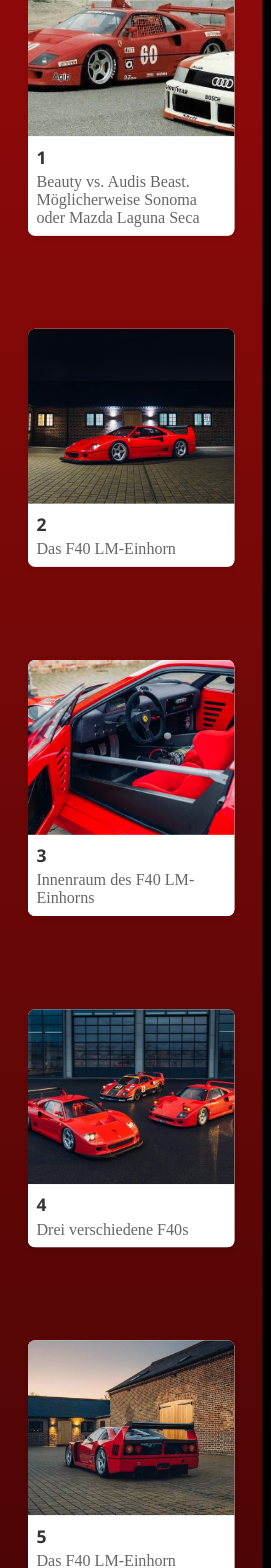
Repository: Johannes-Harald/martini-racing-fanclub
Page: /
These files come from the project's save history. The page is drawn as it stood at one moment and after a run of saves; the edit follows.
The browser window is 375 px wide. The page is 387 px wide, so the pictures cover 387 px, including what lies to the right of the window. The pictures show the part of the page from y = 2554 to 4794 px (the page is 18598 px tall before and 18183 px after), at 70% of full size.
Some web fonts or font styles are not loaded; a fallback is used. The project was rebuilt for these pictures with package versions that can differ from the ones it lists, and the page was loaded fresh each time. Also part of the build but not shown: vite.config.js, src/components/Lightbox/Lightbox.css, src/components/Lightbox/Lightbox.jsx, src/components/TitleCards/TitleCards.jsx, src/pages/Videos/Videos.css, src/pages/Videos/Videos.jsx.

Above is the page before, as saved 2024-10-13 10:02:43.

### index.html
<!doctype html>
<html lang="en">
  <head>
    <meta charset="UTF-8" />
    <link rel="icon" type="image/svg+xml" href="/src/assets/logo-martinid.png" style="filter: brightness(3.5); height: 2px; width: 1px;"/>
    <meta name="viewport" content="width=device-width, initial-scale=1.0" />
    <title>Martini Racing Fanclub</title>
  </head>
  <body>
    <div id="root"></div>
    <script type="module" src="/src/main.jsx"></script>
  </body>
</html>
<!--
<!doctype html>
<html lang="en">
  <head>
    <meta charset="UTF-8" />
    <link rel="icon" type="image/svg+xml" href="/src/assets/logo-martinid.png" style="filter: brightness(3.5); height: 2px; width: 1px;"/>
    <meta name="viewport" content="width=device-width, initial-scale=1.0" />
    <title>Martini Racing Fanclub</title>
  </head>
  <body>
    <div id="root"></div>
    <script type="module" src="/src/main.jsx"></script>
  </body>
</html>
-->

### src/App.jsx
import React from 'react';
import { BrowserRouter as Router, Route, Routes } from 'react-router-dom';
import Home from './pages/Home/Home';
import Videos from './pages/Videos/Videos';

function App() {
  //const navigate = useNavigate();
  //const location = useLocation();



  {/*const scrollToTitleCards = () => {
    // Assuming you have a reference to your TitleCards section
    const titleCardsSection = document.getElementById('rallyeautos'); // Adjust this ID as needed
    if (titleCardsSection) {
      titleCardsSection.scrollIntoView({ behavior: 'smooth' });
    }
  };

  const scrollToTitleCards = () => {
    if (location.pathname === '/') {
      rallyefahrzeugeRef.current.scrollIntoView({ behavior: 'smooth' });
    } else {
      // If you're on another page, navigate to the home page first
      navigate('/');
      // After navigating, wait for the page to load and then scroll to rallyefahrzeugeRef
      setTimeout(() => {
        rallyefahrzeugeRef.current.scrollIntoView({ behavior: 'smooth' });
      }, 500); // Use a timeout to ensure the page is fully rendered before scrolling
    }
  };
  <Route path="/Home" element={<Navbar scrollToTop={scrollToTop} scrollToTitleCards={scrollToTitleCards}/>} />
  */}

  return (
    <Router>
      <div className="App">
        <Routes>
          <Route path="/" element={<Home />} />
          <Route path="/videos" element={<Videos />} />
        </Routes>
      </div>
    </Router>
  );
}

export default App;

### src/index.css
* {
  margin: 0;
  padding: 0;
  box-sizing: border-box;
}

body {
  background: black;
  font-family: 'Segoe UI', Tahoma, Geneva, Verdana, sans-serif;
}

### src/pages/Home/Home.css
.hero {
    position: relative;
}

.component {
    transition: opacity 0.5s ease, transform 0.5s ease;
    opacity: 0;
    transform: translateY(20px);
    pointer-events: none; /* Disable interaction when hidden */
  }

  .component.active {
    opacity: 1;
    transform: translateY(0);
    pointer-events: all; /* Enable interaction when visible */
  }

.img-cover {
    background-image: linear-gradient(180deg, rgba (0,0,0,0.7) 10%, transparent);
    z-index: 1;
    transition: background-color 0.3s, color 0.3s;
  }

.banner-width {
    width: 100%;
    mask-image: linear-gradient(to right, transparent, black 75%);
    -weblit-mask-image: linear-gradient(to right, transparent, black 75%);
}

.banner-img {
    width: 100%;
    display: flex;
    filter: brightness(1.2);
}

.hero-caption {
    position: absolute;
    width: 100%;
    padding-left: 6%;
    bottom: 0;
}

.caption-img {
    width: 100%;
    height: 370px;
    max-width: 510px;
    margin-bottom: 60px;
    filter: brightness(1.3);
}

.hero-caption p{
    max-width: 700px;
    font-size: 17px;
    margin-bottom: 20px;
}

.hero-btns {
    display: flex;
    gap: 10px;
    margin-bottom: 50px;
}

.hero-btns .btn img{
    width: 25px;
}

.hero-btns .btn {
    border: 0;
    outline: 0;
    padding: 8px 20px;
    display: inline-flex;
    align-items: center;
    gap: 10px;
    font-size: 15px;
    font-weight: 600;
    background: white;
    border-radius: 4px;
    cursor: pointer;
}

.hero-btns .btn.dark-btn{
    color: #fff;
    background: #6d6d6eb3;
}

.hero-btns .btn:hover{
    background: #ffffffbf;
}

.hero-btns .btn.dark-btn:hover{
    background: #6d6d6e66 ;
}


@media (max-width: 1024px) {
  .hero-caption .title-cards {
      display: none;
  }
  .hero-btns {
      margin-bottom: 30px;
  }
  .hero-caption p {
      font-size: 15px;
      max-width: 600px;
  }
}

/* Large mobile screens */
@media (max-width: 800px) {
  .hero-caption {
      padding-left: 4%;
  }
  .caption-img {
      margin-bottom: 10px;
      width: 40%;
  }
  .hero-caption p {
      font-size: 12px;
      margin-bottom: 10px;
  }
  .hero-btns .btn img {
      width: 20px;
  }
  .hero-btns .btn {
      padding: 6px 15px;
      font-size: 13px;
  }
}

/* Small mobile screens */
@media (max-width: 500px) {
  .banner-img {
    padding-top: 191px;
    width: 150%;
    filter: brightness(1.2);
    max-width: 100%;
    overflow: hidden;
    /*     text-align: left; */
  }

  .home .img-cover {
    background-size: cover; /* Ensure the image covers the entire area */
    background-position: center;
  }
  .caption-img {
    margin-bottom: 360px;
    height: 110px;
    width: 170px;
  }
  .hero-caption p {
      font-size: 11px;
  }
  .hero-btns img {
      width: 15px;
  }
  .hero-btns .btn {
      padding: 4px 10px;
      gap: 5px;
      font-size: 10px;
  }
  .component {
      margin-top: 15px;
  }
  .banner-img {
      height: auto;
  }
}

### src/components/Navbar/Navbar.jsx
import React, { useEffect, useRef, useState } from 'react';
import { Link, useNavigate, useLocation } from 'react-router-dom';
import './Navbar.css';
import logo from '../../assets/logo.png';
import search_icon from '../../assets/search_icon.svg';
import profile_icon from '../../assets/profile_img.webp';
import caret_icon from '../../assets/caret_icon.svg';
import lightModeSearch from '../../assets/search_icon_dark.png';

const Navbar = ({ scrollToRallyefahrzeuge, rallyefahrzeugeRef, scrollTo }) => {
  const navigate = useNavigate();
  const location = useLocation();
  const navRef = useRef(null);
  const [navigateToRallye, setNavigateToRallye] = useState(false);
  const [darkMode, setDarkMode] = useState(() => {
    return localStorage.getItem('darkMode') === 'true';
  });

/*  const handleScrollToRallyefahrzeuge = () => {
    if (location.pathname !== "/") {
      setNavigateToRallye(true); // Set flag to indicate we want to scroll after navigation
      navigate("/"); // Navigate to home
    }
  };

/*  useEffect(() => {
    if (navigateToRallye && location.pathname === "/") {
      setTimeout(() => {
        if (rallyefahrzeugeRef.current) {
          console.log("Ref found, scrolling...");
          rallyefahrzeugeRef.current.scrollIntoView({ behavior: 'smooth' });
        } else {
          console.log("Ref not found");
        }
      }, 100); // Add delay to allow for navigation to complete
      setNavigateToRallye(false); // Reset flag
    }
  }, [navigateToRallye, location.pathname, rallyefahrzeugeRef]);*/

  const toggleDarkMode = () => {
    setDarkMode(prev => {
      const newDarkMode = !prev;
      document.body.classList.toggle('dark-mode', newDarkMode);
      localStorage.setItem('darkMode', newDarkMode);
      return newDarkMode;
    });
  };

  return (
    <div ref={navRef} className={`navbar ${darkMode ? 'dark-mode' : 'light-mode'}`}>
      <div className="navbar-left">
        <img src={logo} alt="Logo" className='logo-img' />
        <ul>
          <li onClick={scrollTo}><Link to="/" className="link-style">Startseite</Link></li>
          <li><Link to="/videos" className="link-style">Videos</Link></li>
          <li onClick={scrollToRallyefahrzeuge}><Link to="/" className="link-style">Fahrzeuge</Link></li>
        </ul>
      </div>

      <div className="navbar-right">
        <p>Nutzer</p>

        {/* Dark Mode Toggle Button */}
        <button onClick={toggleDarkMode} className='dark-mode-btn'>
          {darkMode ? 'Hell' : 'Dunkel'}
        </button>

        <div className='navbar-profile'>
          <img src={profile_icon} alt="Profile" className='profile' />
          <img src={caret_icon} alt="Caret" />
          <div className='dropdown'>
            <p>Abmelden</p>
          </div>
        </div>
      </div>
    </div>
  );
};

export default Navbar;

### src/components/TitleCards/Rallyefahrzeuge.jsx
import React, { useState } from 'react';
import './Rallyefahrzeuge.css';
import img3 from '../../assets/cards/img3.jpg';
import img4 from '../../assets/cards/img4.jpg';
import img5 from '../../assets/cards/img5.webp';
import img6 from '../../assets/cards/img6.jpg';
import Lightbox from '../Lightbox/Lightbox';

const Rallyefahrzeuge = React.forwardRef((props, ref) => {
  const [lightboxOpen, setLightboxOpen] = useState(false); // State to control lightbox visibility
  const [selectedImageIndex, setSelectedImageIndex] = useState(0); // Track the selected image

  const cardData = [
    { image: img3, title: '1', description: 'Kimera 037' },
    { image: img4, title: '2', description: 'Kimera 037' },
    { image: img5, title: '3', description: 'Kimera 037' },
    { image: img6, title: '4', description: 'Innenraum des Kimera 037' }
  ];

  const handleImageClick = (index) => {
    setSelectedImageIndex(index); // Set the index of the clicked image
    setLightboxOpen(true); // Open the lightbox LOOK HERE INCASE! >>>> ref={rallyefahrzeugeRef}
  };

  return (
    <div className="rallyefahrzeuge">
      <div className="rallyeautos">
        <h2>Rallyefahrzeuge</h2>
      </div>
      <div className="rallye-card-list">
        {cardData.map((card, index) => (
          <div key={index} className="rallye-title-cards" onClick={() => handleImageClick(index)}>
            <img src={card.image} alt={card.title} className="rallye-title-cards-img" />
            <div className="rallye-title-cards-info">
              <h3>{card.title}</h3>
              <p>{card.description}</p>
            </div>
          </div>
        ))}
      </div>

      {/* Conditionally render the Lightbox when open */}
      {lightboxOpen && (
        <Lightbox
          images={cardData.map((card) => ({ src: card.image, alt: card.title }))} // Pass the images to the Lightbox
          initialIndex={selectedImageIndex} // Start with the clicked image
          onClose={() => setLightboxOpen(false)} // Close the lightbox
        />
      )}
    </div>
  );
});

export default Rallyefahrzeuge;

### src/components/TitleCards/PrototypRennwagen.jsx
import React, { useState } from 'react';
import './Rallyefahrzeuge.css';
import img1 from '../../assets/cards/img1.png';
import img7 from '../../assets/cards/img7.jpg';
import img8 from '../../assets/cards/img8.jpg';
import img9 from '../../assets/cards/img9.jpg';
import lcmonza from '../../assets/cards/lcmonza.jpg';
import lcparmalat from '../../assets/cards/lcparmalat.jpg';
import Lightbox from '../Lightbox/Lightbox'; // Import the Lightbox component

const PrototypRennwagen = React.forwardRef((props, ref) => {
  const [lightboxOpen, setLightboxOpen] = useState(false); // State to control lightbox visibility
  const [selectedImageIndex, setSelectedImageIndex] = useState(0); // Track the selected image

  const cardData = [
    { image: img1, title: '1', description: 'LC1 auf der Nordschleife' },
    { image: img7, title: '2', description: 'LC1 auf der Nordschleife' },
    { image: img8, title: '3', description: 'LC1 bei Le Mans' },
    { image: img9, title: '4', description: 'LC1' },
    { image: lcmonza, title: '5', description: 'LC1 bei Le Mans' },
    { image: lcparmalat, title: '6', description: 'LC1' }
  ];

  const handleImageClick = (index) => {
    setSelectedImageIndex(index); // Set the index of the clicked image
    setLightboxOpen(true); // Open the lightbox
  };

  return (
    <div className="rallyefahrzeuge" ref={ref}>
      <div className="rallyeautos">
        <h2>Prototyp-Rennwagen</h2>
      </div>
        <div className="rallye-card-list" >
      {cardData.map((card, index) => (
        <div key={index} className="rallye-title-cards" onClick={() => handleImageClick(index)}>
          <img src={card.image} alt={card.title} className="rallye-title-cards-img" />
          <div className="rallye-title-cards-info">
            <h3>{card.title}</h3>
            <p>{card.description}</p>
          </div>
        </div>
      ))}
    </div>

      {/* Conditionally render the Lightbox when open */}
          {lightboxOpen && (
        <Lightbox
          images={cardData.map((card) => ({ src: card.image, alt: card.title }))} // Pass the images to the Lightbox
          initialIndex={selectedImageIndex} // Start with the clicked image
          onClose={() => setLightboxOpen(false)} // Close the lightbox
        />
      )}
    </div>
  );
});

export default PrototypRennwagen;

### src/components/TitleCards/Tourenwagen.jsx
import React, { useState } from 'react';
import './Rallyefahrzeuge.css';
 import img2 from '../../assets/cards/img2.jpg';
import img10 from '../../assets/cards/img10.jpg';
import img11 from '../../assets/cards/img11.jpg';
import img12 from '../../assets/cards/img12.jpg';
import img37 from '../../assets/cards/img37.jpg';
import img38 from '../../assets/cards/img38.jpeg';
import Lightbox from '../Lightbox/Lightbox';

const Tourenwagen = React.forwardRef((props, ref) => {
  const [lightboxOpen, setLightboxOpen] = useState(false); // State to control lightbox visibility
  const [selectedImageIndex, setSelectedImageIndex] = useState(0); // Track the selected image

  const cardData = [
    { image: img2, title: '1', description: 'Porsche 935' },
    { image: img10, title: '2', description: 'Beta Montecarlo Turbo' },
    { image: img11, title: '3', description: 'Beta Montecarlo Turbo' },
    { image: img12, title: '4', description: 'Beta Montecarlo Turbo' },
    { image: img37, title: '5', description: 'Beta Montecarlo Turbo' },
    { image: img38, title: '6', description: 'Beta Montecarlo Turbo' }
  ];

  const handleImageClick = (index) => {
    setSelectedImageIndex(index); // Set the index of the clicked image
    setLightboxOpen(true); // Open the lightbox
  };

  return (
    <div className="rallyefahrzeuge" ref={ref}>
      <div className="rallyeautos">
        <h2>Tourenwagen</h2>
      </div>
    <div className="rallye-card-list">
      {cardData.map((card, index) => (
        <div key={index} className="rallye-title-cards" onClick={() => handleImageClick(index)}>
          <img src={card.image} alt={card.title} className="rallye-title-cards-img" />
          <div className="rallye-title-cards-info">
            <h3>{card.title}</h3>
            <p>{card.description}</p>
          </div>
        </div>
      ))}
    </div>

      {/* Conditionally render the Lightbox when open */}
      {lightboxOpen && (
        <Lightbox
          images={cardData.map((card) => ({ src: card.image, alt: card.title }))} // Pass the images to the Lightbox
          initialIndex={selectedImageIndex} // Start with the clicked image
          onClose={() => setLightboxOpen(false)} // Close the lightbox
        />
      )}
    </div>
  );
});

export default Tourenwagen;

### src/components/Footer/Footer.jsx
import React from 'react'
import './Footer.css'
import youtube_icon from '../../assets/youtube_icon.png'
import twitter_icon from '../../assets/twitter_icon.png'
import instagram_icon from '../../assets/instagram_icon.png'
import facebook_icon from '../../assets/facebook_icon.png'

const Footer = () => {
  return (
    <div className='footer'>
      <div className='footer-icons'>
        <img src={youtube_icon} alt="" />
        <img src={twitter_icon} alt="" />
        <img src={instagram_icon} alt="" />
        <img src={facebook_icon} alt="" />
      </div>
      <ul>
        <li>Auto-Fanclub</li>
        <li>Hilfezentrum</li>
        <li>Foren</li>
        <li>Medienzentrum</li>
        <li>Investorenbeziehungen</li>
        <li>Jobs</li>
        <li>Nutzungsbediengungen</li>
        <li>Datenschutz</li>
        <li>Rechtliche Hinweise</li>
        <li>Cookie-Einstellungen</li>
        <li>Unternehmensinformationen</li>
        <li>Kontakt</li>
      </ul>
      <p className='copyright'>© 1968-2023 Martini-Racing.</p>
    </div>
  )
}

export default Footer

### src/components/TitleCards/Rallyefahrzeuge.css
@import url('https://fonts.googleapis.com/css2?family=Bona+Nova+SC:ital,wght@0,400;0,700;1,400&family=Open+Sans&display=swap');

* {
  margin: 0;
  padding: 0;
  box-sizing: border-box;
}

.rallye-card-list {
  display: flex;
  flex-flow: row wrap;
  align-items: flex-start;
  /*flex-wrap: wrap;
  justify-content: space-between;*/
  gap: 70px;
  padding: 20px;
}

.rallyefahrzeuge {
  padding: 20px;
  background: linear-gradient(to bottom, rgb(30, 28, 140) 0%, rgba(0, 0, 0, 0) 50%),
              linear-gradient(to bottom, rgba(0, 0, 0, 0) 70%, rgb(30, 28, 140) 100%);
}

.rallyeautos h2{
  font-family: "Bona Nova SC", serif;
  font-weight: 400;
  font-style: normal;
  color: white;
  font-size: 130px;
  letter-spacing: 10px;
  text-align: center;
}

.rallye-title-cards {
  flex: 1 1 calc(25% - 40px); /* Makes cards 4 per row with space for margins */
  display: flex;
  flex-direction: column;
  background-color: #000000;
  border-radius: 10px;
  overflow: hidden;
  transition: transform 2s ease-in-out, box-shadow 2s ease-in-out;
  box-shadow: 0 4px 8px rgba(0, 0, 0, 0.1);
  margin-top: 63px;
  cursor: pointer;
}

.rallye-title-cards:hover {
  transform: translateY(-5px);
  box-shadow: 0 8px 16px rgba(0, 0, 0, 0.15);
}

.rallye-title-cards-img {
  width: 100%;
  height: 250px;
  object-fit: cover;
}

.rallye-title-cards-info {
  padding: 12px;
  background-color: #fff;
}

.rallye-title-cards-info h3 {
  font-size: 16px;
  font-weight: bold;
  color: #333;
  margin-bottom: 6px;
}

.rallye-title-cards-info p {
  font-family: "Bona Nova SC", serif;
  font-weight: 400;
  font-style: normal;
  font-size: 17px;
  color: #666;
}

@media (max-width: 767px) {
  .rallye-title-cards {
      flex: 1 1 calc(50% - 20px); /* 2 per row on smaller screens */
  }
}

@media (max-width: 480px) {
  .rallye-title-cards {
      flex: 1 1 100%; /* Full-width cards on very small screens */
  }
}


 /* Mobile-friendly adjustments */
@media (max-width: 768px) {
  .rallyeautos h2{
    font-family: "Bona Nova SC", serif;
    font-weight: 400;
    font-style: normal;
    color: white;
    font-size: 30px;
    letter-spacing: 10px;
    text-align: center;
  }
    .rallye-title-cards h2{
       font-size: 15px;
    }
    .rallye-title-cards-img {
      width: fit-content;
    }
    .card-list p{
       font-size: 10px;
    }
}

 @media (max-width: 500px) {
  .rallyeautos h2{
    font-family: "Bona Nova SC", serif;
    font-weight: 400;
    font-style: normal;
    color: white;
    font-size: 30px;
    letter-spacing: 10px;
    text-align: center;
  }
    .rallye-title-cards h2{
       font-size: 15px;
    }
    .rallye-title-cards-img {
      width: fit-content;

    }
    .card-list p{
       font-size: 10px;
    }
 }

### src/components/TitleCards/Ferrari.css
@import url('https://fonts.googleapis.com/css2?family=Bona+Nova+SC:ital,wght@0,400;0,700;1,400&family=Open+Sans&display=swap');

* {
    margin: 0;
    padding: 0;
    box-sizing: border-box;
  }

  .card-list-ferrari {
    display: flex;
    flex-flow: row wrap;
    align-items: flex-start;
    /*flex-wrap: wrap;
    justify-content: space-between;*/
    gap: 70px;
    padding: 20px;
  }

  .ferraris {
    padding: 20px;
    background: linear-gradient(to bottom, rgb(150, 10, 10) 0%, rgba(255, 0, 0, 0) 50%), /* Top effect */
                linear-gradient(to bottom, rgba(255, 255, 255, 0) 70%, rgb(150, 10, 10) 100%); /* Bottom effect */
  }

  .title-cards-ferrari {
    flex: 1 1 calc(25% - 40px); /* Makes cards 4 per row with space for margins */
    display: flex;
    flex-direction: column;
    background-color: #f9f9f9;
    border-radius: 10px;
    transition: transform 0.3s ease-in-out, box-shadow 0.3s ease-in-out;
    box-shadow: 0 4px 8px rgba(0, 0, 0, 0.1);
    /*     max-width: 301px;/* Optional: Set a max width to limit card size*/
    margin-top: 63px;
    cursor: pointer;
    overflow: hidden;
  }

  .title-cards-ferrari:hover {
    transform: translateY(-5px);
    box-shadow: 0 8px 16px rgba(0, 0, 0, 0.15);
    transition: 1s linear ease-in-out;
  }

  .title-cards-img-ferrari {
    width: 100%;
    height: 250px;
    object-fit: cover;
  }

  .title-cards-info-ferrari {
    padding: 12px;
    background-color: #fff;
  }

  .title-cards-info-ferrari h3 {
    font-size: 16px;
    font-weight: bold;
    color: #333;
    margin-bottom: 6px;
  }

  .title-cards-info-ferrari p {
    font-family: "Bona Nova SC", serif;
    font-weight: 400;
    font-style: normal;
    font-size: 17px;
    color: #666;
  }

  /* Mobile-friendly adjustments */
  @media (max-width: 500px) {
    .title-cards-ferrari {
      flex: 1 1 calc(70% - 20px); /* Makes cards 2 per row on smaller screens */
    }


    .ferraris h2 {
      font-size: 65px;
    }

    .title-cards-info-ferrari h3 {
      font-size: 25px;
    }

    .title-cards-info-ferrari p {
      font-size: 23px;
    }

    .title-cards-img-ferrari {
      height: 250px;
    }
  }

### src/components/Footer/Footer.css
.footer {
    padding: 30px 4px;
    max-width: 1000px;
    margin: 0 auto;
}

.footer-icons {
    display: flex;
    gap: 20px;
    margin: 40px 0;
}

.footer-icons img{
    width: 30px;
    cursor: pointer;
}

.footer ul{
    display: grid;
    grid-template-columns: auto auto auto auto;
    gap: 15px;
    margin-bottom: 30px;
    list-style: none;
}

.footer ul li{
    color: white;
}

.copyright {
    color: gray;
    font-size: 16px;
}

@media (max-width:800px) {
    .footer {
        padding: 7%;
        margin: 0 auto;
    }

  .footer-icon img{
      width: 25px;
  }
  .footer ul {
    grid-template-columns: auto auto;
    gap: 8px;
    font-size: 14px;
  }
}

### src/components/TitleCards/TitleCards.css
* {
    margin: 0;
    padding: 0;
    box-sizing: border-box;
  }

  .title-cards-container {
    background: none;
    background: linear-gradient(to bottom, rgb(30, 28, 140) 0%, rgba(0, 0, 0, 0) 50%),
    linear-gradient(to bottom, rgba(0, 0, 0, 0) 70%, rgb(30, 28, 140) 100%);
    padding: 20px;
    display: flex;
  }

  /* Flex container for cards */
  .cards {
    display: flex;
    flex-flow: row wrap;
    justify-content: end;
    gap: 20px;
    padding: 20px;
    margin-top: 100px;
  }

  /* Flex container for video cards */
  .video-cards {
    display: flex;
    flex-flow: row wrap;
    justify-content: center;
    gap: 70px;
  }

  /* Styling for each card */
  .card {
    width: auto;
    cursor: pointer;
    text-align: center;
    display: flex;
    flex-direction: column;
    align-items: center;
    border-radius: 12px;
    opacity: 1; /* Full opacity for the card */
    background: transparent;
  }

  /* Thumbnail image styling */
  .video-thumbnail {
    width: 450px;
    height: auto;
    border-radius: 8px;
    transition: transform 0.3s ease;
    filter: brightness(1.1);
    opacity: 1;
  }

  .video-thumbnail:hover {
    transform: scale(1.05); /* Slight zoom effect on hover */
    filter: brightness(1.2);
  }

  /* Card title styling */
  .card h3 {
    margin-top: 10px;
    font-size: 18px;
    color: white;
  }

  /* Modal overlay when a video is selected */
  .modal-overlay {
    position: fixed;
    top: 0;
    left: 0;
    width: 100%;
    height: 100%;
    display: flex;
    justify-content: center;
    align-items: center;
  }

  /* Modal content container */
  .modal-content {
    background: #fff;
    padding: 7px;
    border-radius: 10px;
    width: 80%;
    max-width: 900px;
  }

  /* Embedded video iframe */
  .modal-content iframe {
    width: 100%;
    height: 500px;
  }

  .modal-overlay:hover {
    cursor: pointer;
  }

  .modal-content:hover {
    cursor: default;
  }

  /* Scrollbar styling (hidden for horizontal scroll) */
  .card-list::-webkit-scrollbar {
    display: none;
  }

  /* Responsive styling for smaller screens */
  @media (max-width: 800px) {
    .cards {
      gap: 10px; /* Reduce the gap between cards */
    }

    .card {
      width: 200px; /* Reduce card width for smaller screens */
    }

    .card h3 {
      font-size: 16px; /* Reduce font size for titles */
    }

    .thumbnail {
      width: 100%; /* Ensure thumbnail adjusts to the new card size */
    }
  }

  @media (max-width: 500px) {
    .card {
      width: 165px; /* Further reduce card width for small screens */
    }

    .card h3 {
      font-size: 14px;
    }

    .modal-content {
      background: #fff;
      padding: 2px;
      height: auto;
      margin-top: 140%;
    }

    .modal-overlay {
      height: 7%;
    }

    .modal-overlay:hover {
      cursor: pointer;
    }

    .modal-content:hover {
      cursor: default;
    }

    .video-thumbnail {
      width: 100%;
    }
  }

Loaded but not shown: src/main.jsx (common file); src/components/Navbar/Navbar.css (332 lines, source omitted); src/components/TitleCards/Ferrari.jsx (88 lines, source omitted); src/pages/Home/Home.jsx (114 lines, source omitted)

After the next 2 saves:
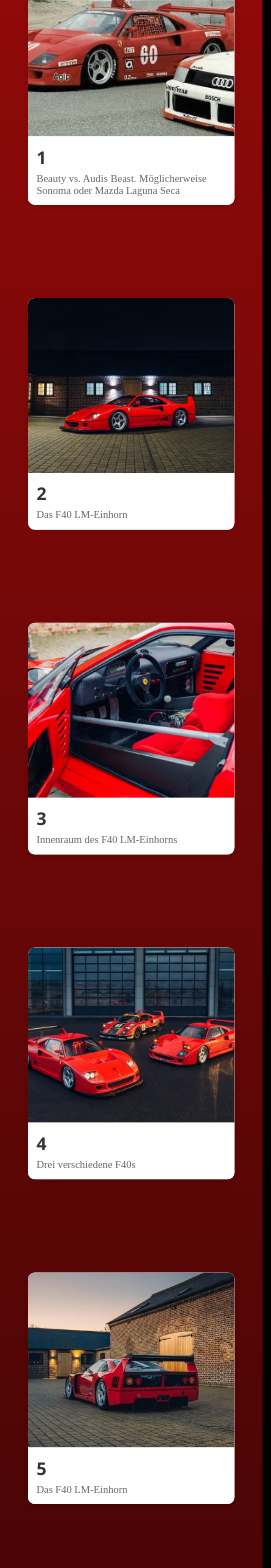
The 2 saves are shown as one change because they came seconds apart.
The last was saved 11 s later.
--- a/src/components/TitleCards/Ferrari.css
+++ b/src/components/TitleCards/Ferrari.css
@@ -84,7 +84,7 @@
     }
 
     .title-cards-info-ferrari p {
-      font-size: 23px;
+      font-size: 15px;
     }
 
     .title-cards-img-ferrari {
